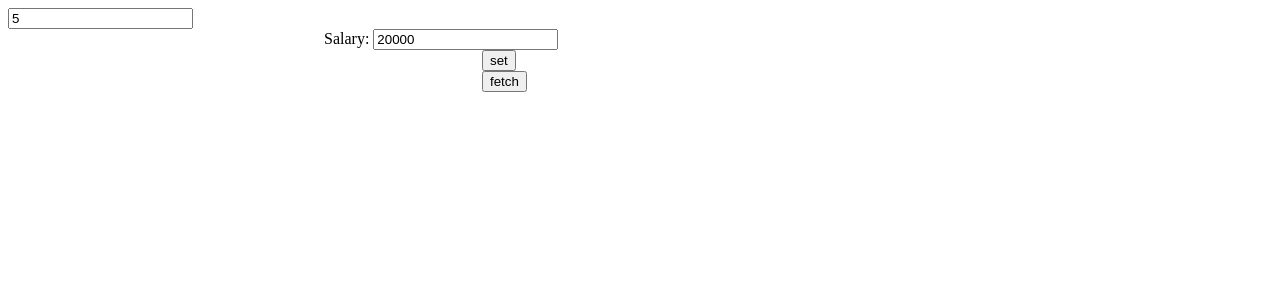
Repository: rameshraj97/Core-java
Page: firstWebsite/src/main/webapp/CookiesDemo.html
An editor plug-in stored every save of this project. The page is shown before and after the next save, followed by the edit.
The browser window is 1280 px wide. The pictures show the whole page.

Above is the page before, as saved 2022-05-25 11:15:37.

After the next save:
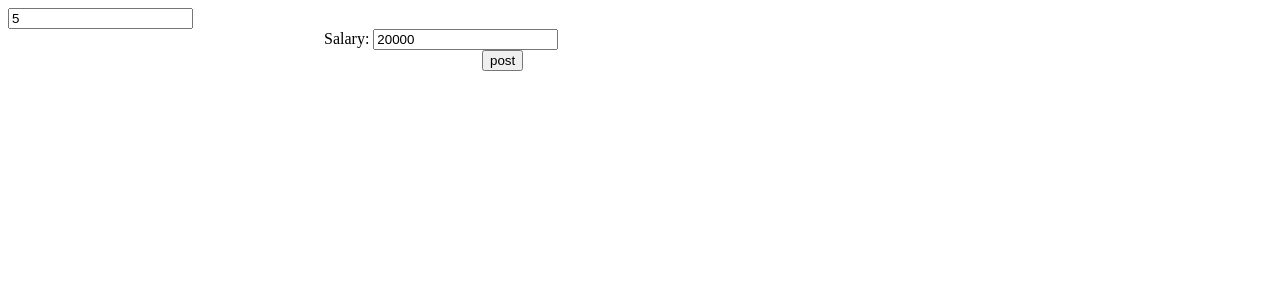
Saved 3 min 54 s later.
--- a/firstWebsite/src/main/webapp/CookiesDemo.html
+++ b/firstWebsite/src/main/webapp/CookiesDemo.html
@@ -2,14 +2,14 @@
 <html>
 <head>
 <meta charset="ISO-8859-1">
-<title>CookiesDemo</title>
+<title>Cookies Demo</title>
 </head>
 <body>
     <input type=text name='commission' id='commission' value="5" />
     <!--
                 This elements and its value is visible in the browser, but
                 will not be transfer to the server because it is not part of (child element of) the <form> element -->
-    <form action="CookiesDemo?department=id&city=madurai" method="post">
+    <form action="CookiesDemo" method="post">
         <!--  ?department=id&city=madurai is example for query String -->
         <div style="width: 50%; margin: 0 auto">
             <div>
@@ -22,12 +22,9 @@
                 <!-- hidden value will be in the browser but not visible -->
             </div>
             <div style="width: 50%; margin: 0 auto">
-                <input type="submit" value="set" name="submit">
+                <input type="submit" value="post" name="submit">
             </div>
-            <div style="width: 50%; margin: 0 auto">
-                <input type="submit" value="fetch" name="submit">
-                <!-- input element is used to stored data in the client side and is visible in the browser -->
-            </div>
+
         </div>
     </form>
 </body>
